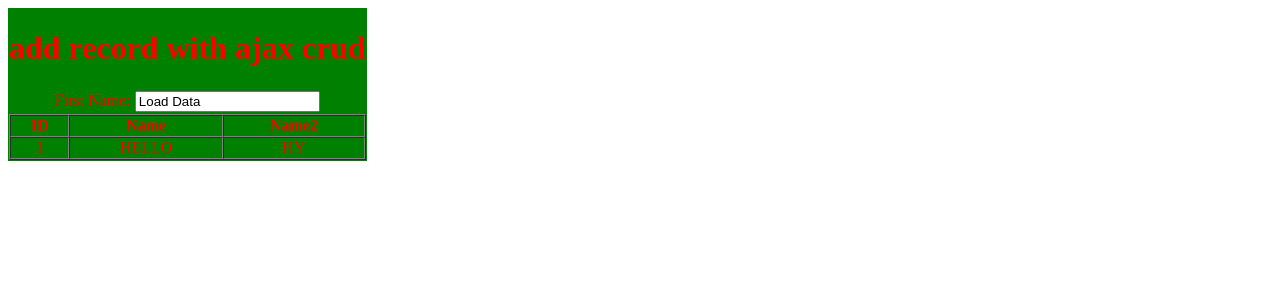
Repository: Tauqeer124/newrepo
Page: http://localhost/insertdata.php
These files come from the project's save history. The page is drawn as it stood at one moment and after the next save; the edit follows.
The browser window is 1280 px wide. The pictures show the whole page.
The page is run by PHP 8.4 with error messages shown; the project is at /var/www/html/.

Above is the page before, as saved 2023-04-28 12:19:43.
Console error: ReferenceError: $ is not defined

### insertdata.php
<!DOCTYPE html>
<html lang="en">
    <head>
        <title> ajax example</title>
        <style>
            #main{
                text-align: center;
                color: red;
                background-color: green;
            }
        </style>
    </head>
    <body>
        <table id="main" border="0" cellspacing="0">
            <tr >
                <td id="header">
                    <h1>add record with ajax crud</h1>
                </td>
            </tr>
            <tr>
                <td id="table-form">
                    First Name: <input type="text" name="name"
                    <input type="button" id="load-button" value="Load Data" >
                </td>
            </tr>
            <tr>
                <td id="table-data">
                    <table border="1" cellspacing="0" cellpading="10px" width="100%" >
                        <tr>
                            <th>ID</th>
                            <th>Name</th>
                            <th>Name2</th>
                        </tr>
                        <tr>
                            <td align="center">1</td>
                            <td align="center">HELLO</td>
                            <td align="center">HY</td>
                        </tr>

                    </table>
                </td>
            </tr>
        </table>
        <script type="text/javascript" src="js/jquery.js"></script>
        <script type="text/javascript">
            $(document).ready(function(){
                $("#load-button").on("click",function(e){
                    $.ajax({
                        url: "ajaxlaod.php",
                        type:"post",
                        success: function(data){
                            $("#table-data").html(data);
                        }

                    });
                });
            });
        </script>
    </body>

</html>

Loaded but not shown: js/jquery.js (no copy from this time; the picture is the same without it)

After the next save:
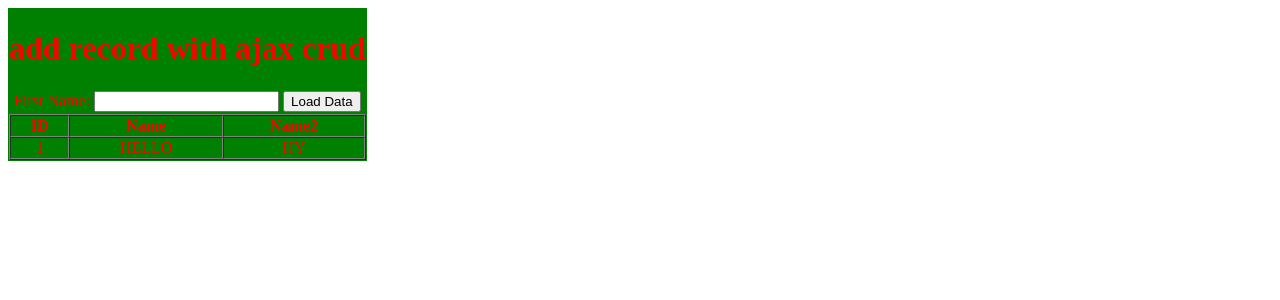
Saved 4 s later.
--- a/insertdata.php
+++ b/insertdata.php
@@ -19,7 +19,7 @@
             </tr>
             <tr>
                 <td id="table-form">
-                    First Name: <input type="text" name="name"
+                    First Name: <input type="text" name="name">
                     <input type="button" id="load-button" value="Load Data" >
                 </td>
             </tr>
